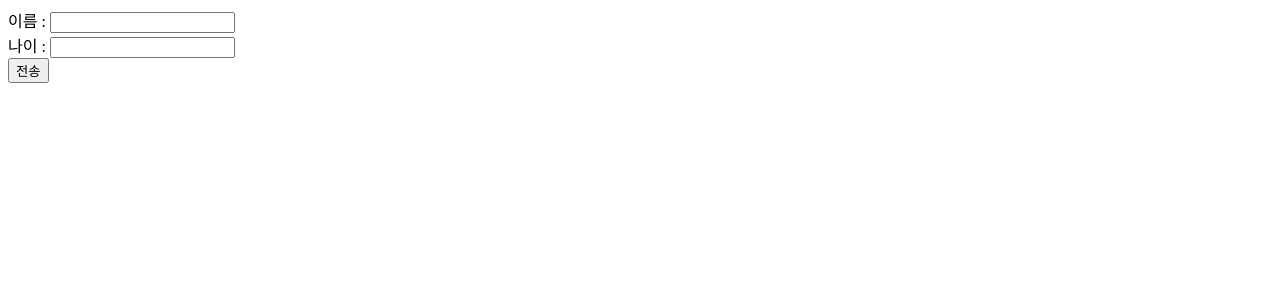
Repository: DistincTao/JSP
Page: http://localhost/JSPBasic/helloServletPOST.jsp
The author's editor kept a copy of each file at every save. The page is drawn from the files as they stood at one save, then again after the next save.
The browser window is 1280 px wide. The pictures show the whole page.
The page is served by Tomcat 9. Nobody is signed in. The application's start-up code is not run. Other server files are loaded and not shown.

Above is the page before, as saved 2023-12-11 06:15:41.

### JSPBasic/src/main/webapp/helloServletPOST.jsp
<%@ page language="java" contentType="text/html; charset=UTF-8"
    pageEncoding="UTF-8"%>
<!DOCTYPE html>
<html>
<head>
<meta charset="UTF-8">
<title>POST 방식으로 요청</title>
</head>
<body>
	<form action ="./HelloServlet_POST" method = "POST">
		<div>이름 : <input type="text" name = "name"></div>
		<div>나이 : <input type="text" name = "age"></div>
		<input type="submit" value ="전송">
	</form>
</body>
</html>

After the next save:
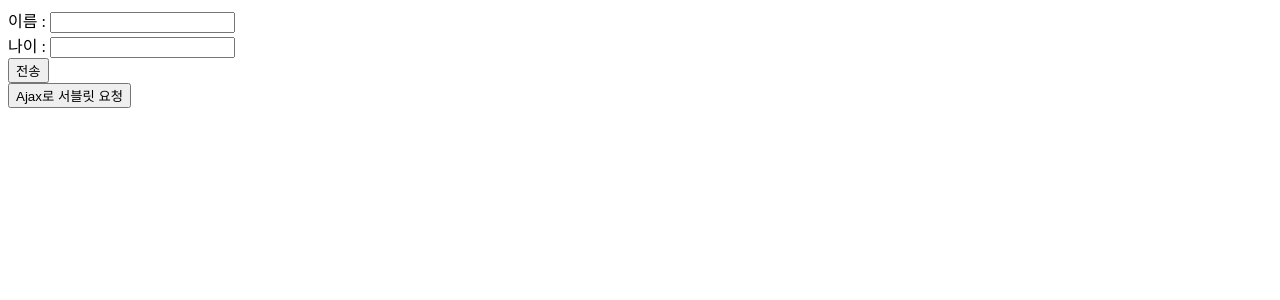
Saved 2 min 44 s later.
--- a/JSPBasic/src/main/webapp/helloServletPOST.jsp
+++ b/JSPBasic/src/main/webapp/helloServletPOST.jsp
@@ -5,6 +5,25 @@
 <head>
 <meta charset="UTF-8">
 <title>POST 방식으로 요청</title>
+<script
+	src="https://ajax.googleapis.com/ajax/libs/jquery/3.7.1/jquery.min.js"></script>
+<script type="text/javascript">
+
+	function callServletAjax() {
+		$.ajax({
+			url : "./HelloServlet_POST",
+			type : "POST",
+			success : function(data) {
+				console.log("ajax success");
+				document.getElementById("ajaxText").innerHTML = data;
+			},
+			error : function() {
+			},
+			complete : function() {
+			}
+		});
+	}
+</script>
 </head>
 <body>
 	<form action ="./HelloServlet_POST" method = "POST">
@@ -12,5 +31,8 @@
 		<div>나이 : <input type="text" name = "age"></div>
 		<input type="submit" value ="전송">
 	</form>
+
+	<button onclick="callServletAjax();">Ajax로 서블릿 요청</button>
+
 </body>
 </html>
